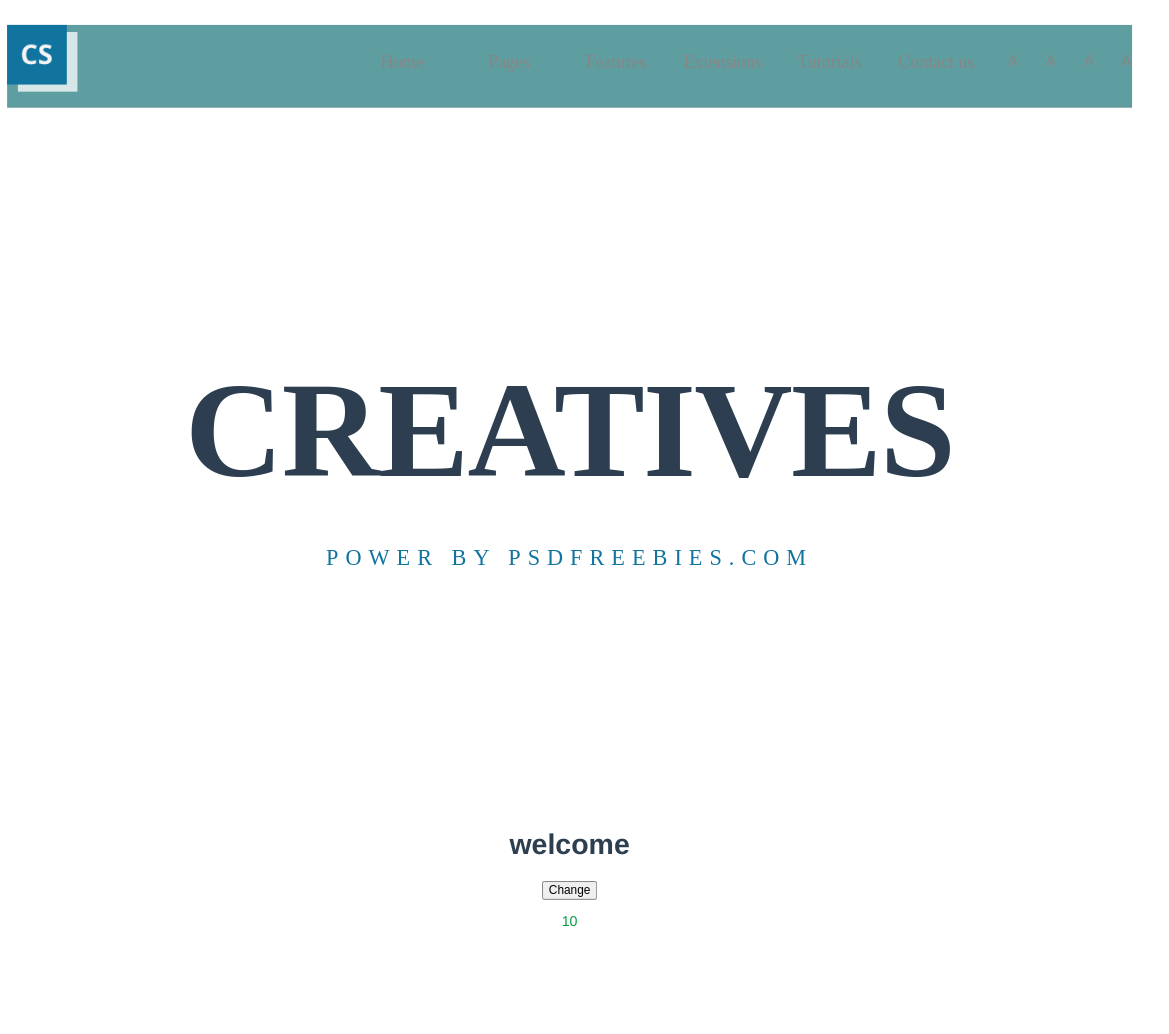
Repository: joker506/Creatives
Page: /
The author's editor kept a copy of each file at every save. The page is drawn from the files as they stood at one save, then again after the next save.
The browser window is 1280 px wide. The page is 1280 px wide, then 1313 px, then 1280 px, so the pictures cover 1313 px, including what lies to the right of the window. The pictures show the whole page, at 89% of full size.
The project was rebuilt for these pictures with package versions that can differ from the ones it lists, and the page was loaded fresh each time.

Above is the page before, as saved 2020-03-29 20:34:23.

### src/App.vue
<template>
  <div id="app">
<HeaderApp />

    <HelloWorld
    @clicks="clickUp($event)"
       :msg=msg
       :counter=counter />
  </div>
</template>

<script>
import HelloWorld from './components/HelloWorld.vue'
import HeaderApp from './components/HeaderApp.vue'

export default {
  name: 'App',
  data(){
    return{
    msg:"welcome",
    counter:10
    }
  },
  components: {
    HelloWorld,
    HeaderApp
  },
  methods:{
    clickUp(event){
      console.log("click")
      this.counter=event
    }
  }
}
</script>

<style>
#app {
  font-family: Avenir, Helvetica, Arial, sans-serif;
  -webkit-font-smoothing: antialiased;
  -moz-osx-font-smoothing: grayscale;
  text-align: center;
  color: #2c3e50;
}
</style>

### src/components/HelloWorld.vue
<template>
  <div class="hello">
    <h1>{{ msg }} </h1>
   <button @click="clickDown">Change</button>
   <p>{{counter}}</p>
  </div>
</template>

<script>
export default {
  name: 'HelloWorld',
  props: {
    msg: String,
    counter:Number

  },
  methods:{
    clickDown(){
      console.log("Your Click!")
      this.$emit("clicks",this.counter+1)

    }
  }
}
</script>

<style scoped>
h3 {
  margin: 40px 0 0;
}
ul {
  list-style-type: none;
  padding: 0;
}
li {
  display: inline-block;
  margin: 0 10px;
}
a {
  color: #42b983;
}
p{
  color:rgb(3, 156, 62);
}
</style>

### src/components/HeaderApp.vue
<template>

<header class="header">

<div class="header__top">
<a class="logo" href="#">
    <img src="src/assets/logo1.png" alt="logo">
</a>

<nav class="main-nav">
    <ul class="main-nav__items">
        <li class="item">
            <a href="#">Home</a> </li>
        <li class="item">
            <a href="#">Pages</a> </li>
        <li class="item">
            <a href="#">Features</a> </li>
        <li class="item">
            <a href="#">Extensions</a> </li>
        <li class="item">
            <a href="#">Tutorials</a> </li>
        <li class="item">
            <a href="#">Contact us</a> </li>
    </ul>
</nav>

<div class="social">
    <ul class="social__items">
        <li class="social__item"><a href="#">A</a></li>
        <li class="social__item"><a href="#">A</a></li>
        <li class="social__item"><a href="#">A</a></li>
        <li class="social__item"><a href="#">A</a></li>
    </ul>
</div>

</div>
<div class="header__main">

<h1 class="header__title">Creatives</h1>
<p class="text">Power by PSDfreebies.com</p>


</div>


</header>

</template>

<script>
export default {
    name:'HeaderApp',

}
</script>

<style lang="scss">
.header{
    margin: 0;
    padding: 0;
    max-width: 1600px;
    height: 882px;
    padding-top: 20px;
    font-size: 18px;
    background-image: url'@src/assets/Layer96.jpg';
    background-repeat: no-repeat;
}

.header__top{
    display: flex;
    justify-content: space-between;
    height: 90px;
    border-bottom: 3px solid hsla(0, 0%, 47%, 0.1);
background-color: cadetblue;
}
.wrapper{
    width: 1200px;
}
.logo {
    list-style: none;
    cursor: pointer;
    color: #000000 ;
    &>img{
    width:79px;
    height:75px;
    }
}

.main-nav{
margin-left: 315px;
margin-right: 30px;
//border: 1px solid greenyellow;
}
.main-nav__items{
padding: 0;
margin: 0;
display: flex;
justify-content: space-between;
width: 700px;
height: 85px;
}
.item{
    width: 100px;
    height: 83px;
    list-style: none;
    font-family: "Myriad Pro";
    font-size: 20px;
    font-weight: 400;
    color: #ffffff;
    &:hover{
        border-bottom: 6px solid #11749e;
    }
    &>a{
        display: block;
        padding-top: 30px;
        height: 50px;
        text-decoration: none;
        color: #868686;
    &:hover{
        color: blue;
    }

    }
}
.social{
width: 141px;
}
.social__items{
    margin: 0;
    padding: 0;
    display: flex;
    justify-content: space-between;
    list-style: none;
}

.social__item{
}
.social__item>a{
    display: block;
    padding-top: 30px;
    height: 50px;
    color: #868686;
    text-decoration: none;
}

.header__main{
    height: 766px;
}

.header__title{
    margin: 0 auto;
    margin-top: 275px;

//opacity: -1;
//color: #f5f5f5;
font-family: Gotham;
font-size: 153px;
font-weight: 700;
text-transform: uppercase;
letter-spacing: -1.92px;
}

.text{
margin: 0 auto;
margin-top: 30px;
//opacity: -1;
color: #11749e;
font-family: Gotham;
font-size: 25px;
font-weight: 500;
line-height: 51.19px;
text-transform: uppercase;
/* Text style for "Power by P" */
letter-spacing: 7.88px;
}
</style>

Loaded but not shown: public/index.html (common file); src/main.js (common file)

After the next save:
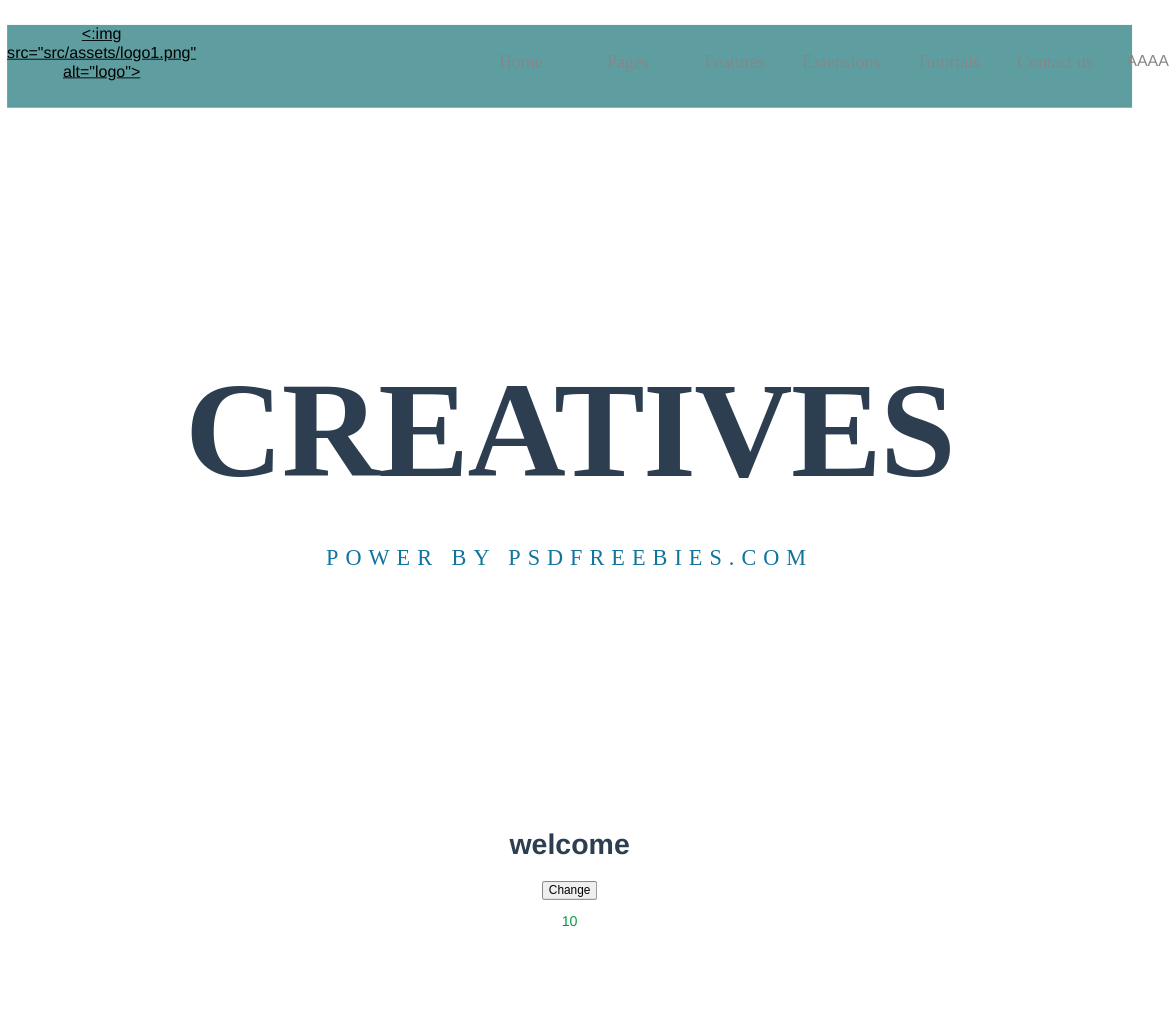
Saved 45 s later.
--- a/src/components/HeaderApp.vue
+++ b/src/components/HeaderApp.vue
@@ -4,7 +4,7 @@
 
 <div class="header__top">
 <a class="logo" href="#">
-    <img src="src/assets/logo1.png" alt="logo">
+    <:img src="src/assets/logo1.png" alt="logo">
 </a>
 
 <nav class="main-nav">

After the save that followed:
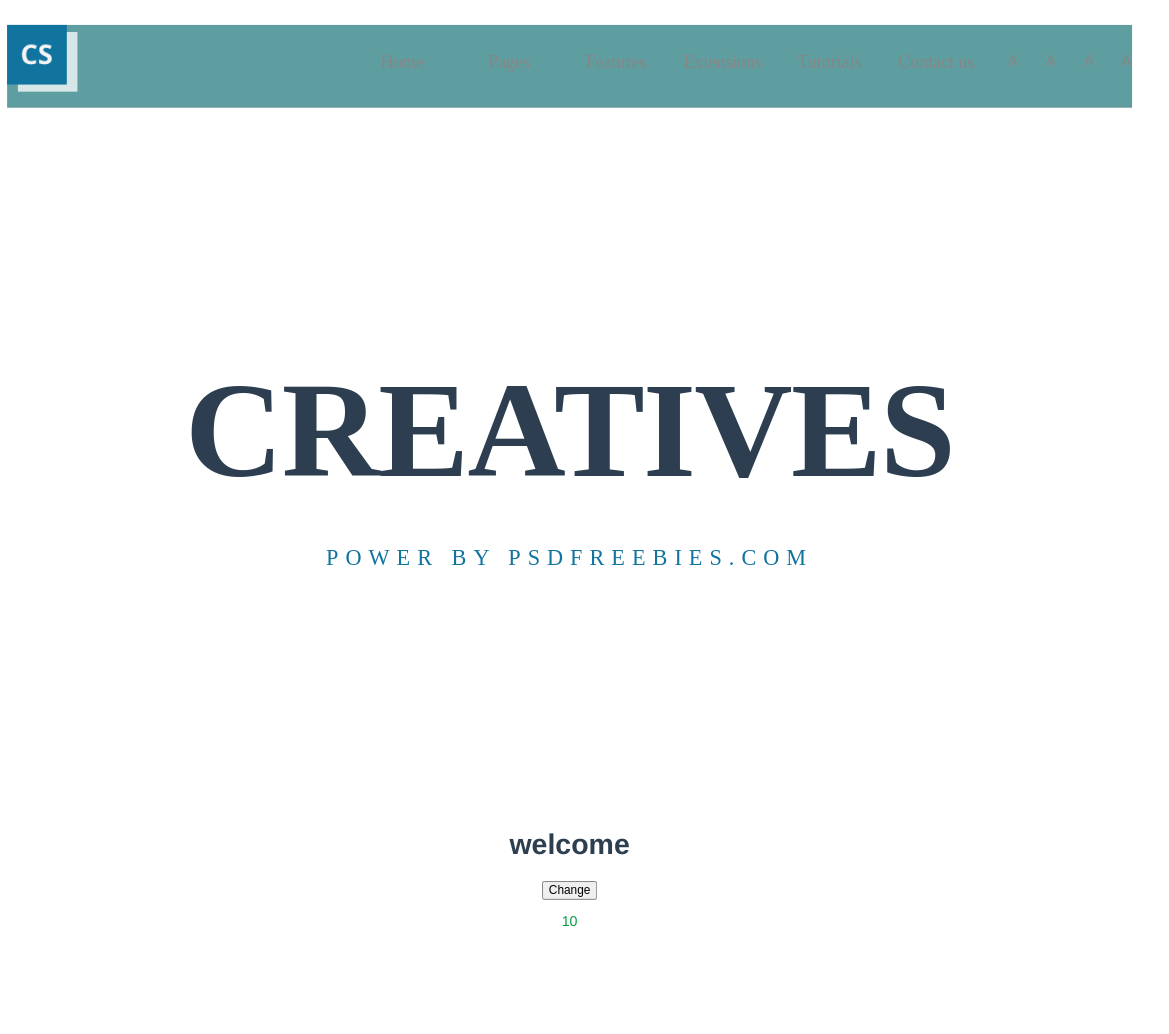
Saved 19 s later.
--- a/src/components/HeaderApp.vue
+++ b/src/components/HeaderApp.vue
@@ -4,7 +4,7 @@
 
 <div class="header__top">
 <a class="logo" href="#">
-    <:img src="src/assets/logo1.png" alt="logo">
+    <img src="src/assets/logo1.png" alt="logo">
 </a>
 
 <nav class="main-nav">
